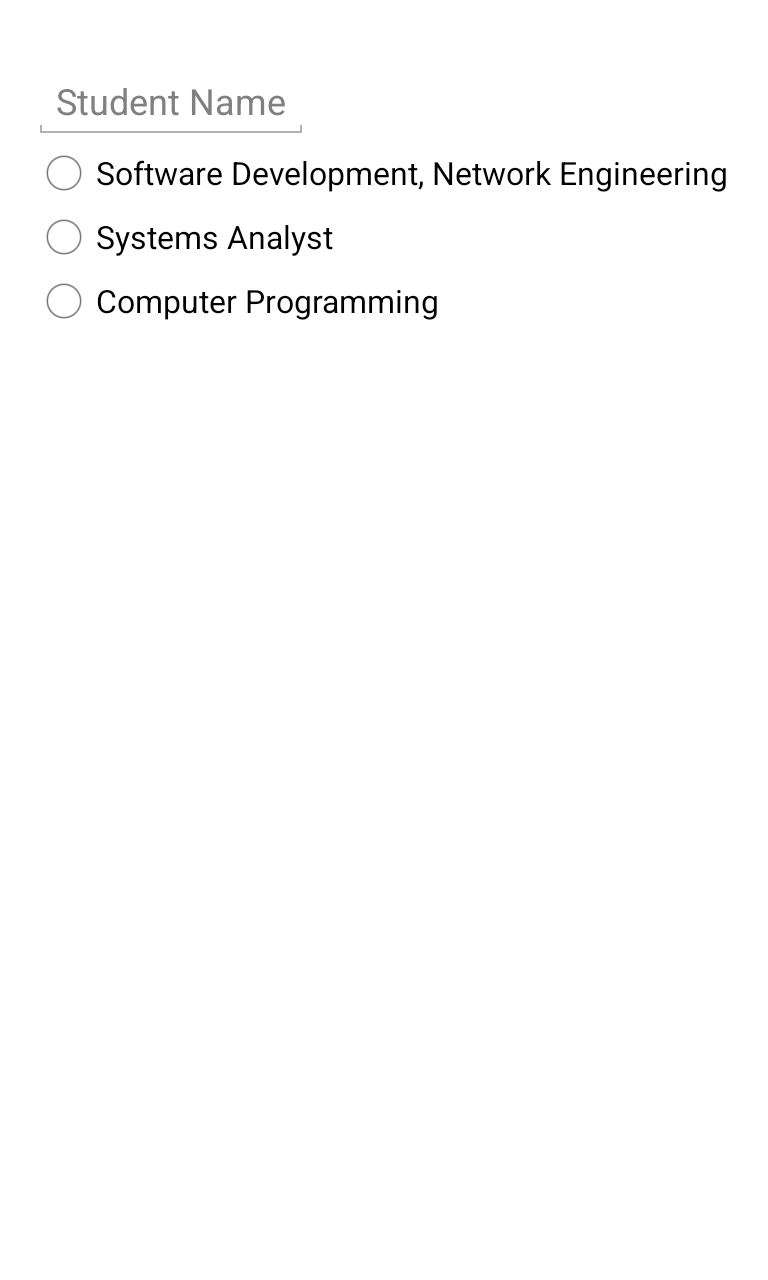
Repository: ericMedeiros93/Android-Dev
Layout: StudentInfo/res/layout/activity_main.xml
An editor plug-in stored every save of this project. The layout is shown before and after the next save, followed by the edit.
It is drawn on a 768 x 1280 px phone screen (xhdpi) without system bars, with theme AppTheme; the app's code is not run.

Above is the layout before, as saved 2014-10-08 15:48:13.

### StudentInfo/res/layout/activity_main.xml
<LinearLayout xmlns:android="http://schemas.android.com/apk/res/android"
    xmlns:tools="http://schemas.android.com/tools"
    android:layout_width="match_parent"
    android:layout_height="match_parent"
    android:orientation="vertical"
    android:paddingBottom="@dimen/activity_vertical_margin"
    android:paddingLeft="@dimen/activity_horizontal_margin"
    android:paddingRight="@dimen/activity_horizontal_margin"
    android:paddingTop="@dimen/activity_vertical_margin"
    tools:context="com.ericmedeiros.studentinfo.MainActivity" >

    <EditText
        android:id="@+id/edtName"
        android:layout_width="wrap_content"
        android:layout_height="wrap_content"
        android:layout_marginTop="15dp"
        android:hint="@string/name_hint" />

    <RadioGroup
        android:id="@+id/grpProgram"
        android:layout_width="wrap_content"
        android:layout_height="wrap_content" >

        <RadioButton
            android:id="@+id/radSDNE"
            android:layout_width="match_parent"
            android:layout_height="wrap_content"
            android:text="@string/sdne_name" >
        </RadioButton>

        <RadioButton
            android:id="@+id/radSA"
            android:layout_width="match_parent"
            android:layout_height="wrap_content"
            android:text="@string/sa_name" >
        </RadioButton>

        <RadioButton
            android:id="@+id/radCP"
            android:layout_width="match_parent"
            android:layout_height="wrap_content"
            android:text="@string/cp_name" >
        </RadioButton>
    </RadioGroup>

</LinearLayout>

### StudentInfo/res/values/strings.xml
<?xml version="1.0" encoding="utf-8"?>
<resources>

    <string name="app_name">StudentInfo</string>
    <string name="hello_world">Hello world!</string>
    <string name="action_settings">Settings</string>
    <string name="name_hint">Student Name</string>
    <string name="sdne_name">Software Development, Network Engineering</string>
    <string name="sa_name">Systems Analyst</string>
    <string name="cp_name">Computer Programming</string>

</resources>

Loaded but not shown: StudentInfo/res/values/styles.xml (common file); StudentInfo/res/values-v11/styles.xml (common file); StudentInfo/res/values-v14/styles.xml (common file); StudentInfo/res/values/dimens.xml (common file); StudentInfo/res/values-w820dp/dimens.xml (common file)

After the next save:
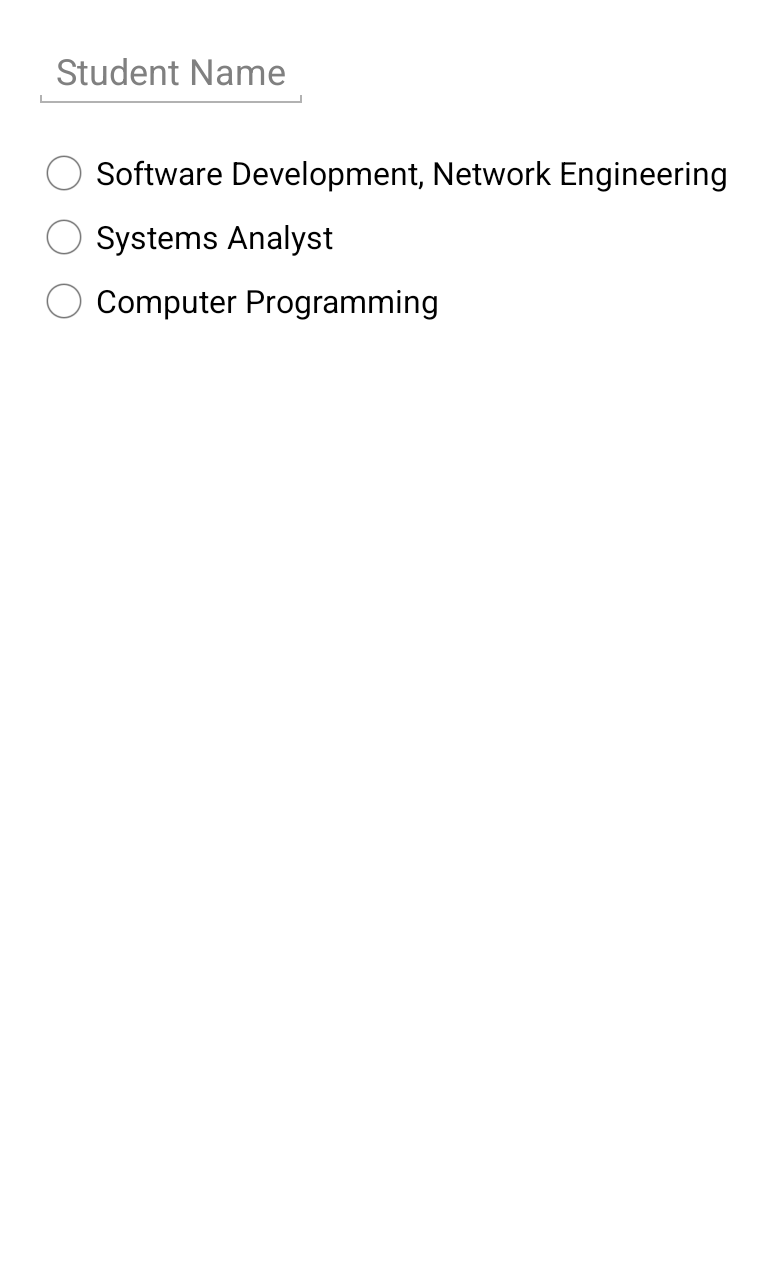
Saved 9 s later.
--- a/StudentInfo/res/layout/activity_main.xml
+++ b/StudentInfo/res/layout/activity_main.xml
@@ -13,11 +13,11 @@
         android:id="@+id/edtName"
         android:layout_width="wrap_content"
         android:layout_height="wrap_content"
-        android:layout_marginTop="15dp"
         android:hint="@string/name_hint" />
 
     <RadioGroup
         android:id="@+id/grpProgram"
+        android:layout_marginTop="15dp"
         android:layout_width="wrap_content"
         android:layout_height="wrap_content" >
 
